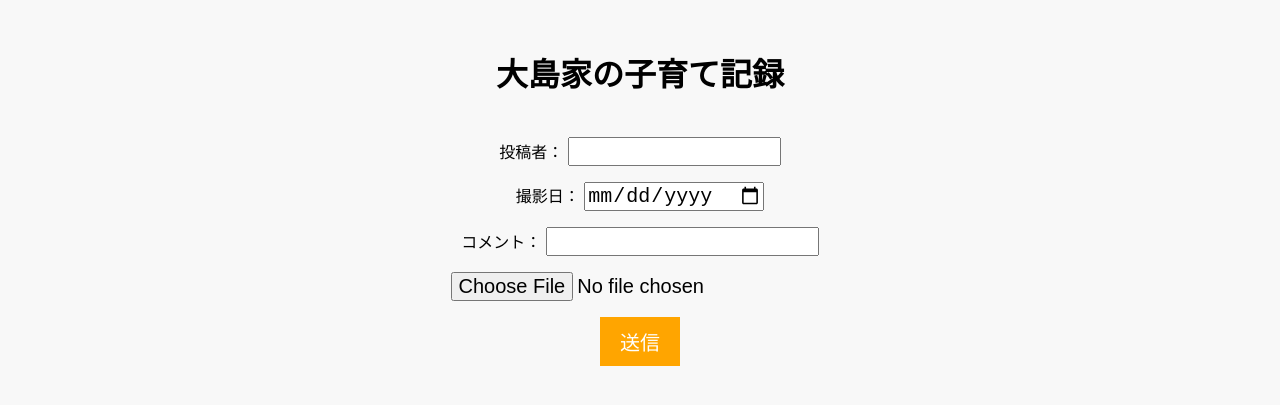
Repository: daidai0602/gs_kadai_questionnaire
Page: http://localhost/post.php
The author's editor kept a copy of each file at every save. The page is drawn from the files as they stood at one save, then again after a run of saves.
The browser window is 1280 px wide. The pictures show the whole page.
The page is run by PHP 8.4 with error messages shown; the project is at /var/www/html/.

Above is the page before, as saved 2023-11-15 22:49:56.

After the next 3 saves:
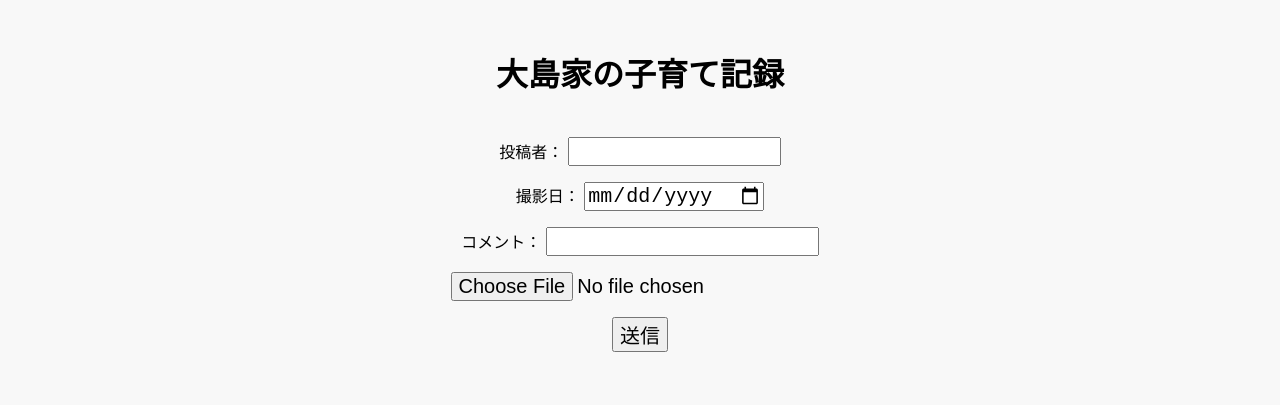
The 3 saves are shown as one change because they came seconds apart.
The last was saved 10 s later.
--- a/post.php
+++ b/post.php
@@ -17,6 +17,7 @@
 
       font-size: 20px;
     }
+    input[]
     input[type=submit]{
       background-color: orange;
       color: white;
